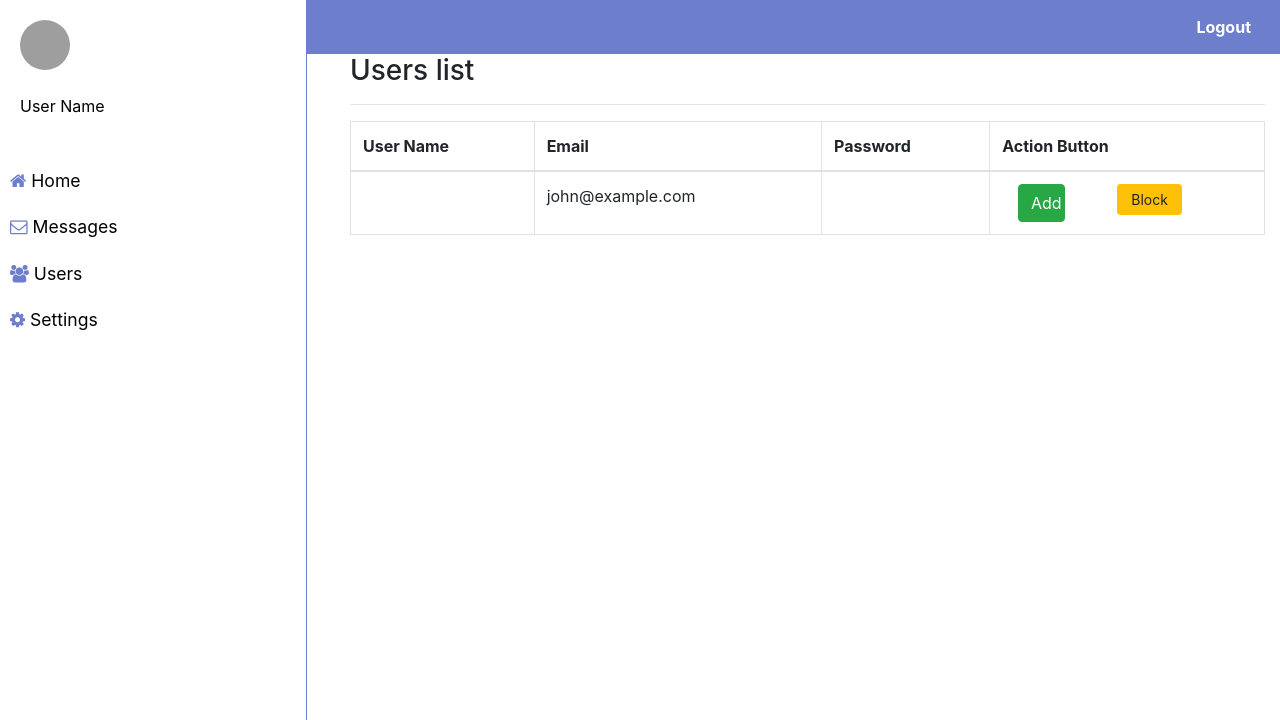
Repository: Evelyn-kate/chatapp-frontend-backend
Page: /users (app in my-app/)
An editor plug-in stored every save of this project. The page is shown before and after the next save, followed by the edit.
The browser window is 1280 px wide. The pictures show the whole page.
Pictures or frames that could not be fetched are drawn as grey boxes. Some web libraries are served in a nearby version. The project was rebuilt for these pictures with package versions that can differ from the ones it lists, and the page was loaded fresh each time. Also part of the build but not shown: my-app/src/components/WelcomeComponent.jsx, my-app/src/components/LoginComponent.jsx, my-app/src/components/WelcomedComponent.jsx, my-app/src/components/SettingsComponent.jsx, my-app/src/components/MessageComponent.jsx, my-app/src/components/AddComponent.jsx.

Above is the page before, as saved 2020-11-13 15:04:53.

### my-app/public/index.html
<!DOCTYPE html>
<html lang="en">

<head>
    <meta charset="utf-8" />
    <link rel="icon" href="%PUBLIC_URL%/favicon.ico" />
    <link rel="stylesheet" href="https://stackpath.bootstrapcdn.com/bootstrap/4.4.1/css/bootstrap.min.css" integrity="sha384-Vkoo8x4CGsO3+Hhxv8T/Q5PaXtkKtu6ug5TOeNV6gBiFeWPGFN9MuhOf23Q9Ifjh" crossOrigin="anonymous">
    <meta name="viewport" content="width=device-width, initial-scale=1" />
    <meta name="theme-color" content="#000000" />
    <meta name="description" content="Web site created using create-react-app" />
    <link rel="apple-touch-icon" href="%PUBLIC_URL%/logo192.png" />
    <link rel="stylesheet" href="https://cdnjs.cloudflare.com/ajax/libs/font-awesome/4.7.0/css/font-awesome.min.css" />

    <!--
      manifest.json provides metadata used when your web app is installed on a
      user's mobile device or desktop. See https://developers.google.com/web/fundamentals/web-app-manifest/
    -->
    <link rel="manifest" href="%PUBLIC_URL%/manifest.json" />
    <!--
      Notice the use of %PUBLIC_URL% in the tags above.
      It will be replaced with the URL of the `public` folder during the build.
      Only files inside the `public` folder can be referenced from the HTML.

      Unlike "/favicon.ico" or "favicon.ico", "%PUBLIC_URL%/favicon.ico" will
      work correctly both with client-side routing and a non-root public URL.
      Learn how to configure a non-root public URL by running `npm run build`.
    -->
    <title>React App</title>
</head>

<body>
    <noscript>You need to enable JavaScript to run this app.</noscript>

    <script src="https://code.jquery.com/jquery-3.4.1.slim.min.js" integrity="sha384-J6qa4849blE2+poT4WnyKhv5vZF5SrPo0iEjwBvKU7imGFAV0wwj1yYfoRSJoZ+n" crossOrigin="anonymous"></script>
    <script src="https://cdn.jsdelivr.net/npm/popper.js@1.16.0/dist/umd/popper.min.js" integrity="sha384-Q6E9RHvbIyZFJoft+2mJbHaEWldlvI9IOYy5n3zV9zzTtmI3UksdQRVvoxMfooAo" crossOrigin="anonymous"></script>
    <script src="https://stackpath.bootstrapcdn.com/bootstrap/4.4.1/js/bootstrap.min.js" integrity="sha384-wfSDF2E50Y2D1uUdj0O3uMBJnjuUD4Ih7YwaYd1iqfktj0Uod8GCExl3Og8ifwB6" crossOrigin="anonymous"></script>
    <!-- <script src="https://facebook.github.io/react/js/jsfiddle-integration-babel.js"></script> -->
    <script src="https://ajax.googleapis.com/ajax/libs/jquery/1.11.1/jquery.min.js"></script>
    <script src="https://unpkg.com/axios/dist/axios.min.js"></script>

    <div id="root"></div>
    <!--
      This HTML file is a template.
      If you open it directly in the browser, you will see an empty page.

      You can add webfonts, meta tags, or analytics to this file.
      The build step will place the bundled scripts into the <body> tag.

      To begin the development, run `npm start` or `yarn start`.
      To create a production bundle, use `npm run build` or `yarn build`.
    -->
</body>

</html>

### my-app/src/index.js
import React from 'react';
import ReactDOM from 'react-dom';
import IndexComponent from './components/IndexComponent.jsx';
import './index.css';
import 'bootstrap/dist/css/bootstrap.min.css';
import './Login.scss';



ReactDOM.render( <
    IndexComponent / > ,
    document.getElementById('root')
);

### my-app/src/components/IndexComponent.jsx
import React from 'react';

import { BrowserRouter, Switch, Route } from 'react-router-dom';

import WelcomeComponent from './WelcomeComponent';

import LoginComponent from './LoginComponent';
import WelcomedComponent from './WelcomedComponent';
import UserComponent from './UserComponent';
import SettingsComponent from './SettingsComponent';
import MessageComponent from './MessageComponent';
import AddComponent from './AddComponent';


class IndexComponent extends React.Component {
    render() {
        return (
            <BrowserRouter>
                <Switch>
                    <Route exact path="/" component={LoginComponent} />
                    <Route path="/welcome/username" component={WelcomeComponent} />
                    <Route exact path="/logout" component={LoginComponent} />
                    <Route exact path="/welcome/admin" component={WelcomedComponent} />
                    <Route exact path="/users" component={UserComponent} />
                    <Route exact path="/users/add" component={AddComponent} />
                    <Route exact path="/settings" component={SettingsComponent} />
                    <Route exact path="/messages" component={MessageComponent} />
                </Switch>
            </BrowserRouter>
        );
    }
}
export default IndexComponent;

### my-app/src/Login.scss
/* styling the login page*/


/* form {
    border: 3px solid #7c84ec;
    position: absolute;
    background: blue;
} */

.form-login {
    background-color: #318CE7;
    border: 3px solid #7c84ec;
    position: absolute;
}

.box-login {
    padding-top: 50px;
}

button {
    background-color: #dbf113;
    color: white;
    padding: 14px 20px;
    margin: 8px 0;
    border: none;
    cursor: pointer;
    width: 75%;
    float: right;
}

button:hover {
    opacity: 0.8;
}

button.logout {
    width: initial;
    color: #fff
}

// css avatar
.avatar {
    vertical-align: middle;
    width: 50px;
    height: 50px;
    border-radius: 50%;
}

span.psw {
    float: left;
    //padding-top: 16px;
}

.btn btn-outline-success my-2 my-sm-0 {
    width: 40%;
    padding-block: 80px;
}

// Welcome style
.main-text {
    display: flex;
    min-height: 80vh;
    align-items: center;
    justify-content: center;
}


/*my style sidebar start*/

.wrapper {
    display: flex;
    width: 100%;
    align-items: stretch;
    overflow-x: hidden;
    overflow-y: auto;
}

a[data-toggle="collapse"] {
    position: relative;
}

.dropdown-toggle::after {
    display: block;
    position: absolute;
    top: 50%;
    right: 20px;
    transform: translateY(-50%);
}

@media (max-width: 700px) {
    #sidebar {
        margin-left: -250px;
    }
    #sidebar.active {
        margin-left: 0;
    }
}


/*
    ADDITIONAL DEMO STYLE, NOT IMPORTANT TO MAKE THINGS WORK BUT TO MAKE IT A BIT NICER :)
*/

///@import "https://fonts.googleapis.com/css?family=Poppins:300,400,500,600,700";
body {
    font-family: 'Poppins', sans-serif;
    background: #fafafa;
    overflow: scroll;
}

p {
    font-family: 'Poppins', sans-serif;
    font-size: 1.1em;
    font-weight: 300;
    line-height: 1.7em;
    color: #000;
}

a,
a:hover,
a:focus {
    color: inherit;
    text-decoration: none;
    transition: all 0.3s;
}

#sidebar {
    /* don't forget to add all the previously mentioned styles here too */
    background: #fff;
    color: #000;
    transition: all 0.3s;
    height: 100%;
    width: 24%;
    position: fixed;
    //min-height: 1000px;
    z-index: 999;
    overflow: auto;
    top: 0;
    bottom: 0px;
    left: 0;
    border-right: 1px solid #6d7fcc;
}

#sidebar .sidebar-header {
    padding: 20px;
    background: #fff;
}

#sidebar ul.components {
    padding: 20px 0;
    //  border-bottom: 1px solid #47748b;
}

#sidebar ul p {
    color: #fff;
    padding: 10px;
}

#sidebar ul li a {
    padding: 10px;
    font-size: 1.1em;
    display: block;
    text-decoration: none;
    color: #000;
}

#sidebar ul li a:hover {
    color: #000;
    background: #cecece;
}

#sidebar ul li.active>a,
a[aria-expanded="true"] {
    color: #000;
    background: #cecece;
}

ul ul a {
    font-size: 0.9em !important;
    padding-left: 30px !important;
    background: #fff;
}


/*my style sidebar end*/

.navbarr {
    background-color: #6d7fcc;
    padding-left: 0%;
}

.navbardiv {
    margin-left: -30px;
}

.fa {
    color: #6d7fcc;
}


/* Add media queries for small screens (when the height of the screen is less than 450px, add a smaller padding and font-size) */


/* @media screen and (max-height: 450px) {
    .sidebar {
        padding-top: 15px;
    }
    .sidebar a {
        font-size: 18px;
    }
}
 */


/*message start style*/

.container1 {
    border: 2px solid #dedede;
    background-color: #fff;
    border-radius: 5px;
    padding: 10px;
    margin: 10px 10px 10px 10px;
}


/* Darker chat container */

.darker {
    border-color: #ccc;
    background-color: #ddd;
}


/* Clear floats */

.container1::after {
    content: "";
    clear: both;
    display: table;
}


/* Style time text */

.time-right {
    float: right;
    color: #aaa;
}


/* Style time text */

.time-left {
    float: left;
    color: #999;
}

.publisher {
    position: relative;
    display: -webkit-box;
    display: flex;
    -webkit-box-align: center;
    align-items: center;
    padding: 12px 20px;
    background-color: #f9fafb
}

.publisher>*:first-child {
    margin-left: 0
}

.publisher>* {
    margin: 0 8px
}

.publisher-input {
    -webkit-box-flex: 1;
    flex-grow: 1;
    border: none;
    outline: none !important;
    background-color: transparent
}

.publisher-btn {
    background-color: transparent;
    border: none;
    color: #8b95a5;
    font-size: 16px;
    cursor: pointer;
    overflow: -moz-hidden-unscrollable;
    -webkit-transition: .2s linear;
    transition: .2s linear
}

.file-group input[type="file"] {
    position: absolute;
    opacity: 0;
    z-index: -1;
    width: 20px
}

.text-info {
    color: #48b0f7;
}


/* Style message avatar */

.container1 img {
    float: left;
    max-width: 60px;
    width: 100%;
    margin-right: 20px;
    border-radius: 50%;
}


/* Style the right image */

.container1 img.right {
    float: right;
    margin-left: 20px;
    margin-right: 0;
}


/*message styles end*/

@import "~bootstrap/scss/bootstrap";

### my-app/src/components/UserComponent.jsx
import React from 'react';
import NavComponent from './NavComponent';
import SideComponent from './SideComponent';



class UserComponent extends React.Component {
    // logout() {
    //     this.props.history.push('/logout');
    // }
    render() {
        const { username } = this.props.match.params;
        console.log(username);
        return (
            <div>

                <div className="container-fluid">
                    <div className="row">
                        {/* <!-- The sidebar --> */}
                        <div className="col-3">
                            <div>
                                <SideComponent />
                            </div>
                        </div>

                        <div className="col-9 pr-0">
                            {/*navbar component*/}
                            <NavComponent history={this.props.history} />


                            <div className="container">
                                <div className="panel panel-info">
                                    <div className="panel-heading">
                                        <h3> Users list</h3>
                                        <hr />
                                    </div>

                                    <div className="panel-body">


                                        <table className="table table-bordered" id="example">
                                            <thead>
                                                <tr>
                                                    <th>User Name</th>
                                                    <th>Email</th>
                                                    <th>Password</th>
                                                    <th>Action Button</th>
                                                </tr>
                                            </thead>
                                            <tbody>
                                                <tr>
                                                    <td></td>
                                                    <td>john@example.com</td>
                                                    <td></td>
                                                    <td>
                                                        <div className="row">
                                                            <div className="col-4">
                                                                <button className="btn btn-success">Add<a href="/users/add"></a></button>
                                                            </div>
                                                            <div className="col-5">
                                                                <button className="btn btn-sm btn-warning">Block</button>
                                                            </div>
                                                        </div>
                                                    </td>
                                                </tr>

                                            </tbody>
                                        </table>

                                    </div>
                                </div>
                            </div>

                        </div>

                    </div>
                </div>
            </div>
        );
    }
}

export default UserComponent;

### my-app/src/components/NavComponent.jsx
import React from 'react';

class NavComponent extends React.Component{
    logout = () => {
        this.props.history.push('/logout');
    }
    render () {
        return (
            <div className="navbardiv">
                <nav className="navbar navbarr justify-content-end navbar-expand-lg">
                    <button className="btn btn-default logout" type="submit" onClick={this.logout}> <b>Logout</b></button>
                </nav>
            </div>
        );

    }
}
export default NavComponent;

### my-app/src/components/SideComponent.jsx
import React from 'react';

class SideComponent extends React.Component {
    render() {
        return (
            /*             <div class="sidebar">
                        <img src="/images/User_Avatar_2.png" alt="Avatar" className="avatar"/>
                        <h1>Username</h1>
                        <h4>User@worldvoice.eu</h4>
                        <a href="#home"><i className="fa fa-fw fa-envelope"></i>Messages</a>
                        <a href="#clients"><i className="fa fa-fw fa-user"></i> Users</a>
                        <a href="#contact"><i className="fa fa-fw fa-cog"></i>Settings</a>
                     </div>*/


            <nav id="sidebar">
                <div className="sidebar-header">
                    <div>
                        <img src="images/User.jpg" alt="Avatar" className="avatar" />
                    </div>
                    <br />
                    <span>User Name</span>

                </div>

                <ul className="list-unstyled components">
                    <li>

                        <a href=" http://localhost:3000/welcome/username">
                            <i className="fa fa-home" aria-hidden="true"></i>     Home
                         </a>
                    </li>

                    <li>

                        <a href=" http://localhost:3000/messages">
                            <i className="fa fa-envelope-o" aria-hidden="true"></i>     Messages
                </a>
                    </li>

                    <li>
                        <a href=" http://localhost:3000/users"><i className="fa fa-users" aria-hidden="true"></i>     Users</a>
                    </li>
                    <li>
                        <a href=" http://localhost:3000/settings"><i className="fa fa-cog" aria-hidden="true"></i>     Settings</a>
                    </li>
                </ul>
            </nav>




        );


    }

}
export default SideComponent;

Loaded but not shown: my-app/src/index.css (common file)

After the next save:
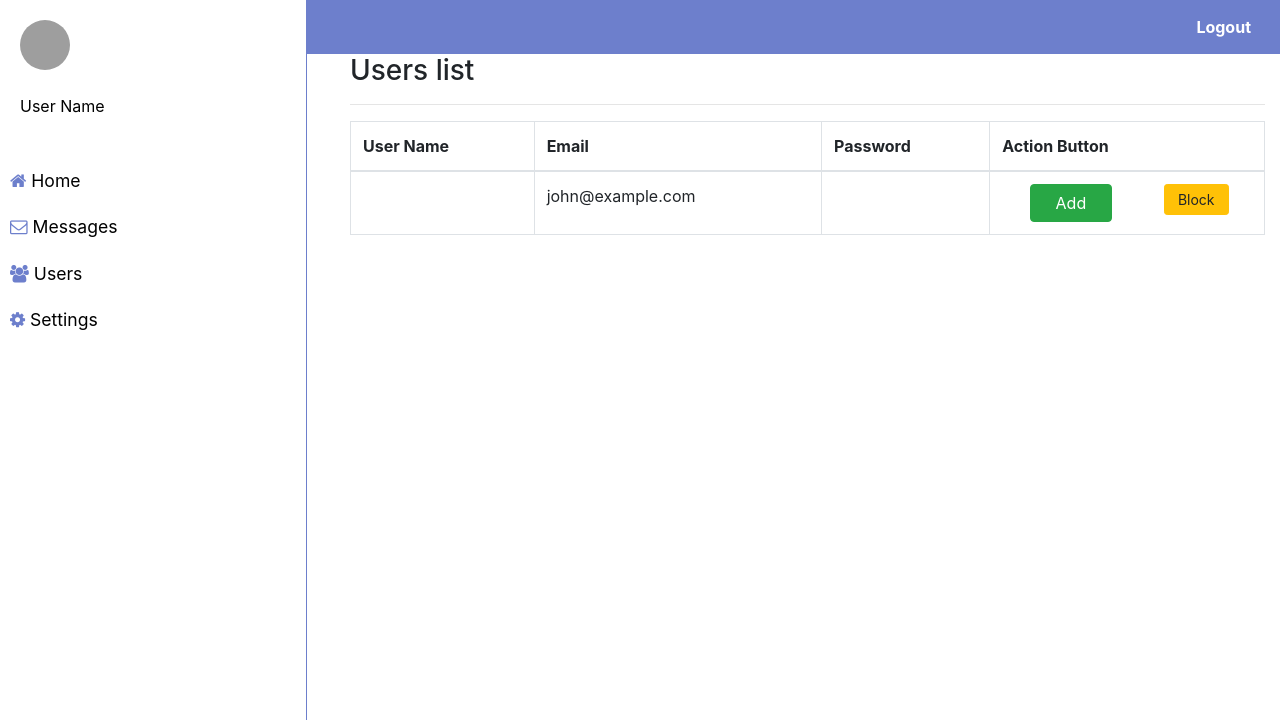
Saved 19 s later.
--- a/my-app/src/components/UserComponent.jsx
+++ b/my-app/src/components/UserComponent.jsx
@@ -54,7 +54,7 @@ class UserComponent extends React.Component {
                                                     <td></td>
                                                     <td>
                                                         <div className="row">
-                                                            <div className="col-4">
+                                                            <div className="col-6">
                                                                 <button className="btn btn-success">Add<a href="/users/add"></a></button>
                                                             </div>
                                                             <div className="col-5">
